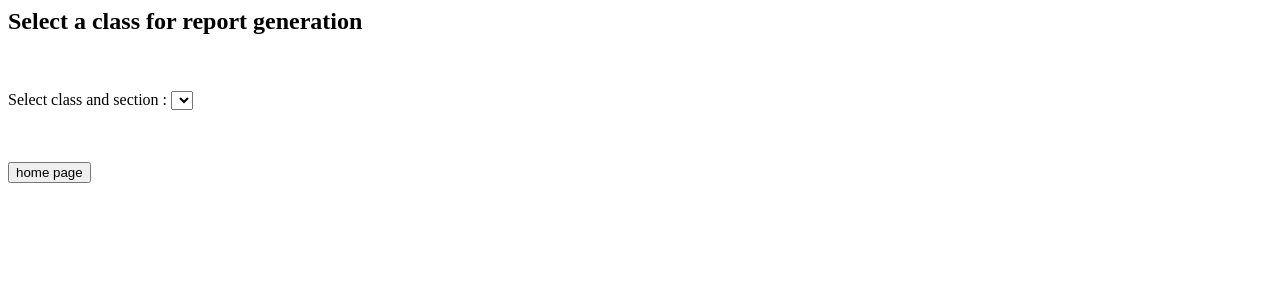
Repository: anithagnana123/Simplilearn_Phase2_project
Page: http://localhost/phase2-project/classreport.jsp
These files come from the project's save history. The page is drawn as it stood at one moment and after the next save; the edit follows.
The browser window is 1280 px wide. The pictures show the whole page.
The page is served by Tomcat 9. Other server files are loaded and not shown. Queries for data that is not in the repository find no rows.

Above is the page before, as saved 2022-10-26 11:16:27.

### phase2-project/src/main/webapp/classreport.jsp
<%@ page errorPage = "error.jsp" %>
<%@ taglib prefix="c" uri="http://java.sun.com/jsp/jstl/core"%>
<%@ taglib prefix="sql" uri="http://java.sun.com/jsp/jstl/sql"%>
<html>
<head>
    <title>classsub-list</title>
</head>
<body>
    <sql:setDataSource
    var="database"
    driver="com.mysql.cj.jdbc.Driver"
     url="jdbc:mysql://localhost:3306/learners_academy?allowPublicKeyRetrieval=true&useSSL=false"
     user="root"
     password="123456"
     />


<h2>Select a class for report generation</h2>

<br> <br>

<form action="thereport.jsp" method="get">
<table>

    <sql:query var="rs" dataSource="${database}">
         SELECT * FROM class_info;
    </sql:query>

    <tr>
        Select class and section :
        <select name = "class_sec">
             <c:forEach var="class_info" items="${rs.rows}">
                 <option> <c:out value="${class_info.class_sec}"/> </option>
             </c:forEach>
        </select>
    </tr>

</table>
<input type="hidden" name="class_section" value="${class_sec}">
</form>



<br> <br>
<form action="welcome" method="get">
	<input type="submit" value="home page"/>
</form>

</body>
</html>

After the next save:
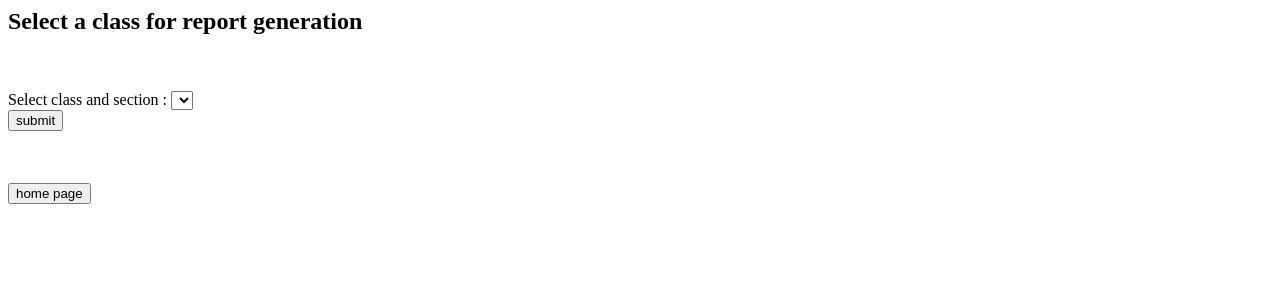
Saved 49 s later.
--- a/phase2-project/src/main/webapp/classreport.jsp
+++ b/phase2-project/src/main/webapp/classreport.jsp
@@ -36,7 +36,8 @@
     </tr>
 
 </table>
-<input type="hidden" name="class_section" value="${class_sec}">
+<input type="submit" value="submit"/>
+<input type="hidden" name="class_section" value="${class_sec}" />
 </form>
 
 
